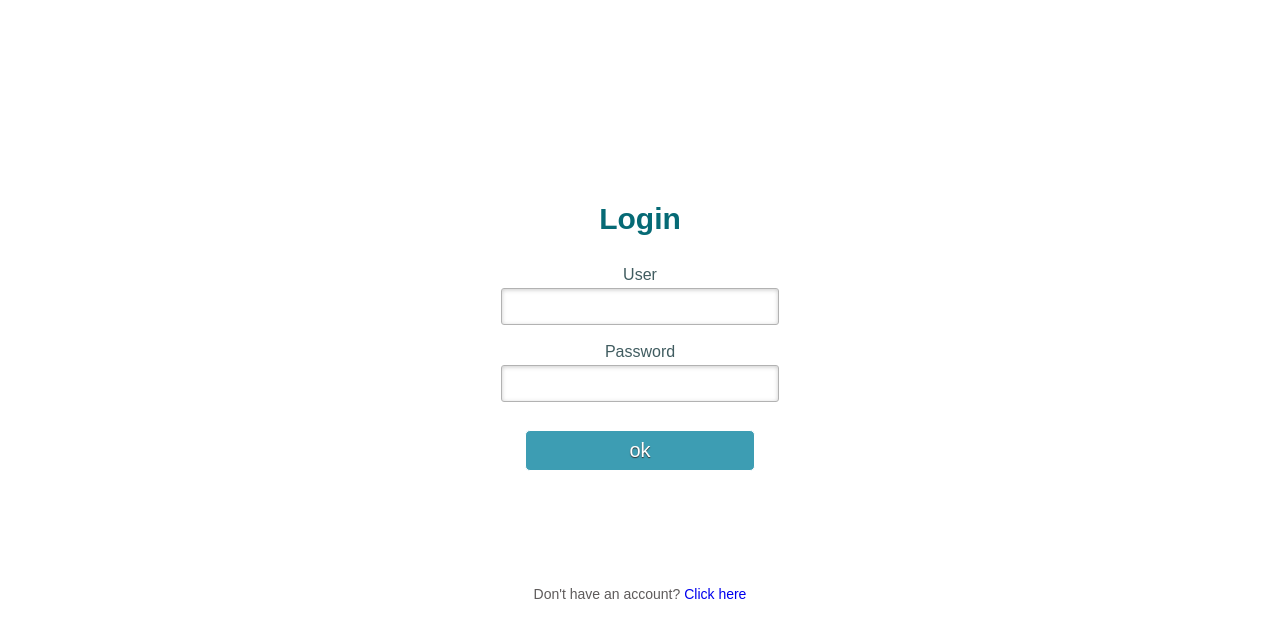
Repository: fontanive12/Biblioteca
Page: front/login.html
An editor plug-in stored every save of this project. The page is shown before and after the next save, followed by the edit.
The browser window is 1280 px wide. The pictures show the whole page.

Above is the page before, as saved 2022-09-07 18:12:45.

### front/login.html
<!DOCTYPE html>
<html lang="en">

<head>
    <meta charset="UTF-8">
    <meta http-equiv="X-UA-Compatible" content="IE=edge">
    <meta name="viewport" content="width=device-width, initial-scale=1.0">
    <link rel="stylesheet" href="login.css">
    <title>Document</title>
</head>

<body>
    <div class="containerLogin">
        <h1>Login</h1>
        <div class="containerLabel">
            <div class="lineLogin">
                <label for="userLogin">User</label>
                <br />
                <input id="userLogin">
            </div>
            <br />
            <div class="lineLogin">
                <label for="passwordLogin">Password</label>
                <br />
                <input type="password" name="passwordLogin" id="passwordLogin">
            </div>
            <br />
            <button id="button" onclick="checkTable()">ok</button>
            <p class="newAccount">Don't have an account? <a href="users.html"> Click here</a></p>
        </div>
    </div>

</body>
<script src="login.js"></script>
<script src="https://unpkg.com/axios/dist/axios.min.js"></script>

</html>

### front/login.css
/* CSS reset */
*, *:before, *:after {
    margin:0;
    padding:0;
    font-family: Arial,sans-serif;
  }

  .containerLabel {
    /* width: 500px;  */
    /* background-color: #066a75; */
    text-align: center;
    border-radius: 50px;
    border-color: #066a75;
  }

  .newAccount {
    font-size: 14px;
    color: #5e5b5b;
    margin-top: 105px;
  }

  /* remove a linha dos links */
  a{
    text-decoration: none;
  }

  /* esconde as ancoras da tela */
  a.links{
    display: none;
  }

  .containerLogin {
    text-align: center;
    margin-top: 200px;
  }

  .content{
    width: 500px;
    min-height: 560px;
    margin: 0px auto;
    position: relative;
  }

  h1{
    font-size: 30px;
    color: #066a75;
    padding: 2px 0 10px 0;
    font-family: Arial,sans-serif;
    font-weight: bold;
    text-align: center;
    padding-bottom: 30px;
  }



  p{
    margin-bottom:15px;
  }

  .content p:first-child{
    margin: 0px;
  }

  label{
    color: #405c60;
    position: relative;
  }

  /* placeholder */
::-webkit-input-placeholder  {
    color: #bebcbc;
    font-style: italic;
  }

  input:-moz-placeholder,
  textarea:-moz-placeholder{
    color: #bebcbc;
    font-style: italic;
  }

  input {
    outline: none;
  }

  /*estilo dos input,  menos o checkbox */
  input:not([type="checkbox"]){
    width: 20%;
    margin-top: 4px;
    padding: 10px;
    border: 1px solid #b2b2b2;

    -webkit-border-radius: 3px;
    border-radius: 3px;

    -webkit-box-shadow: 0px 1px 4px 0px rgba(168, 168, 168, 0.6) inset;
    box-shadow: 0px 1px 4px 0px rgba(168, 168, 168, 0.6) inset;

    -webkit-transition: all 0.2s linear;
    transition: all 0.2s linear;
  }

  /* estilo do botão submit */
  button{
    width: 18%!important;
    cursor: pointer;
    background: rgb(61, 157, 179);
    padding: 8px 5px;
    color: #fff;
    font-size: 20px;
    border: 1px solid #fff;
    margin-bottom: 10px;
    margin-top: 10px;
    text-shadow: 0 1px 1px #333;
    -webkit-border-radius: 5px;
    border-radius: 5px;
    transition: all 0.2s linear;
  }

### front/login.js
const ENDPOINT = "http://localhost:3000";

const checkTable = () => {
    axios.get(`${ENDPOINT}/users`)
        .then((response) => {
            if (response.status === 200) {
                const data = response.data;

                const input1 = document.querySelector("#userLogin");
                const userLogin = input1.value;

                const input2 = document.querySelector("#passwordLogin");
                const passwordLogin = input2.value;

                let validation = false;

                for (let i = 0; i < data.length; i++) {

                    if (userLogin === data[i].email && passwordLogin === data[i].password) {
                        validation = true;
                    }
                }

                if (validation === true) {
                    window.location.href = "initialPage.html";
                } else {
                    alert('error')
                }

                console.log(data)
            }
        })
};

After the next save:
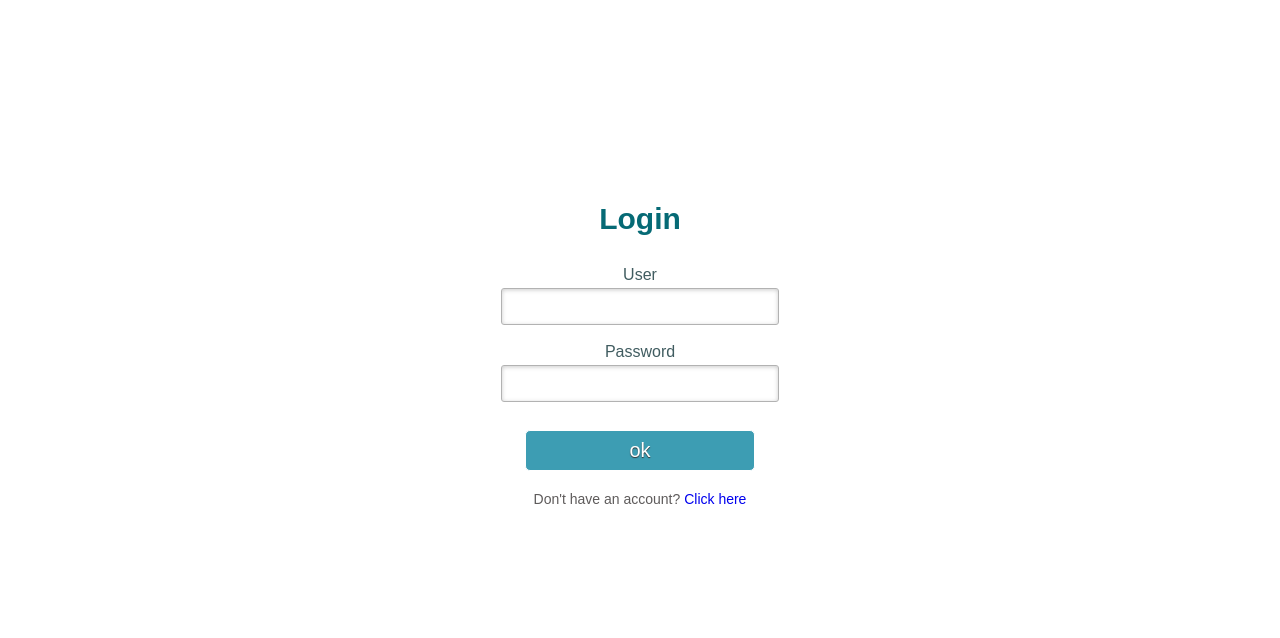
Saved 5 s later.
--- a/front/login.css
+++ b/front/login.css
@@ -16,7 +16,7 @@
   .newAccount {
     font-size: 14px;
     color: #5e5b5b;
-    margin-top: 105px;
+    margin-top: 10px;
   }
 
   /* remove a linha dos links */
